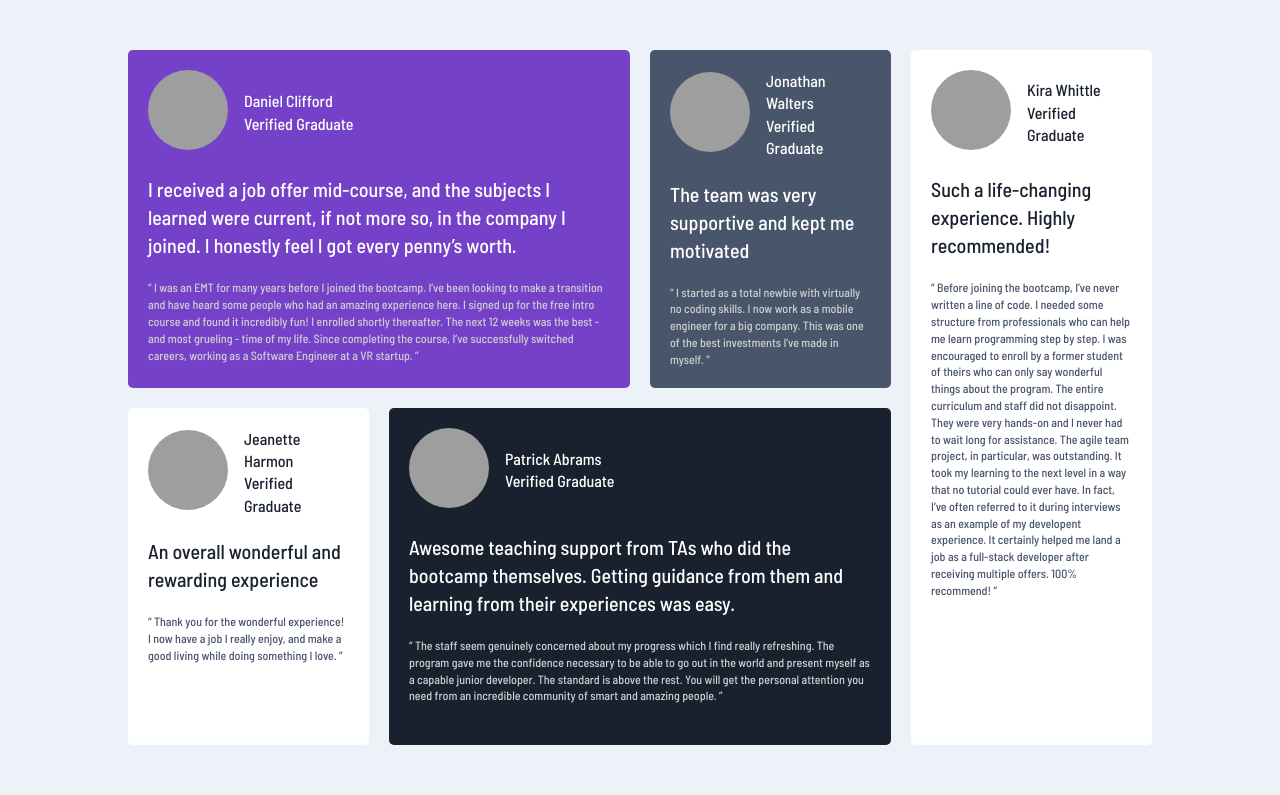
Repository: nptg3105/lab02-testimonials-grid
Page: index.html
The author's editor kept a copy of each file at every save. The page is drawn from the files as they stood at one save, then again after the next save.
The browser window is 1280 px wide. The pictures show the whole page.
Pictures or frames that could not be fetched are drawn as grey boxes. The style sheet was rebuilt from its Sass, Less or Tailwind sources for each picture, by a compiler version that may differ from the author's.

Above is the page before, as saved 2021-12-08 06:00:27.

### index.html
<!DOCTYPE html>
<html lang="en">
  <head>
    <meta charset="UTF-8" />
    <meta http-equiv="X-UA-Compatible" content="IE=edge" />
    <meta name="viewport" content="width=device-width, initial-scale=1.0" />
    <title>Lab02 - Testimonials</title>
    <link rel="stylesheet" href="style.css" />
    <link
      href="https://fonts.googleapis.com/css2?family=Barlow+Semi+Condensed:wght@400;500;700&display=swap"
      rel="stylesheet"
    />
  </head>
  <body>
    <div class="container">
      <div class="testimonials">
        <div class="testimonials__item testimonials__item--violet">
          <div class="author">
            <div class="author__avatar">
              <img
                src="https://images.unsplash.com/photo-1570295999919-56ceb5ecca61?ixlib=rb-1.2.1&ixid=MnwxMjA3fDB8MHxzZWFyY2h8OHx8bWFufGVufDB8fDB8fA%3D%3D&auto=format&fit=crop&w=500&q=60"
                alt=""
              />
            </div>
            <div class="author__name">
              Daniel Clifford <br />
              Verified Graduate
            </div>
          </div>
          <div class="testimonials__heading">
            I received a job offer mid-course, and the subjects I learned were
            current, if not more so, in the company I joined. I honestly feel I
            got every penny’s worth.
          </div>
          <div class="testimonials__desc">
            “ I was an EMT for many years before I joined the bootcamp. I’ve
            been looking to make a transition and have heard some people who had
            an amazing experience here. I signed up for the free intro course
            and found it incredibly fun! I enrolled shortly thereafter. The next
            12 weeks was the best - and most grueling - time of my life. Since
            completing the course, I’ve successfully switched careers, working
            as a Software Engineer at a VR startup. ”
          </div>
        </div>
        <div class="testimonials__item testimonials__item--grey">
          <div class="author">
            <div class="author__avatar">
              <img
                src="https://images.unsplash.com/photo-1570295999919-56ceb5ecca61?ixlib=rb-1.2.1&ixid=MnwxMjA3fDB8MHxzZWFyY2h8OHx8bWFufGVufDB8fDB8fA%3D%3D&auto=format&fit=crop&w=500&q=60"
                alt=""
              />
            </div>
            <div class="author__name">
              Jonathan Walters <br />
              Verified Graduate
            </div>
          </div>
          <div class="testimonials__heading">
            The team was very supportive and kept me motivated
          </div>
          <div class="testimonials__desc">
            “ I started as a total newbie with virtually no coding skills. I now
            work as a mobile engineer for a big company. This was one of the
            best investments I’ve made in myself. ”
          </div>
        </div>
        <div class="testimonials__item testimonials__item--tall">
          <div class="author">
            <div class="author__avatar">
              <img
                src="https://images.unsplash.com/photo-1570295999919-56ceb5ecca61?ixlib=rb-1.2.1&ixid=MnwxMjA3fDB8MHxzZWFyY2h8OHx8bWFufGVufDB8fDB8fA%3D%3D&auto=format&fit=crop&w=500&q=60"
                alt=""
              />
            </div>
            <div class="author__name author__name--black">
              Kira Whittle <br />
              Verified Graduate
            </div>
          </div>
          <div class="testimonials__heading testimonials__heading--black">
            Such a life-changing experience. Highly recommended!
          </div>
          <div class="testimonials__desc testimonials__desc--grey">
            “ Before joining the bootcamp, I’ve never written a line of code. I
            needed some structure from professionals who can help me learn
            programming step by step. I was encouraged to enroll by a former
            student of theirs who can only say wonderful things about the
            program. The entire curriculum and staff did not disappoint. They
            were very hands-on and I never had to wait long for assistance. The
            agile team project, in particular, was outstanding. It took my
            learning to the next level in a way that no tutorial could ever
            have. In fact, I’ve often referred to it during interviews as an
            example of my developent experience. It certainly helped me land a
            job as a full-stack developer after receiving multiple offers. 100%
            recommend! ”
          </div>
        </div>
        <div class="testimonials__item testimonials__item--white">
          <div class="author">
            <div class="author__avatar">
              <img
                src="https://images.unsplash.com/photo-1570295999919-56ceb5ecca61?ixlib=rb-1.2.1&ixid=MnwxMjA3fDB8MHxzZWFyY2h8OHx8bWFufGVufDB8fDB8fA%3D%3D&auto=format&fit=crop&w=500&q=60"
                alt=""
              />
            </div>
            <div class="author__name author__name--black">
              Jeanette Harmon <br />
              Verified Graduate
            </div>
          </div>
          <div class="testimonials__heading testimonials__heading--black">
            An overall wonderful and rewarding experience
          </div>
          <div class="testimonials__desc testimonials__desc--grey">
            “ Thank you for the wonderful experience! I now have a job I really
            enjoy, and make a good living while doing something I love. ”
          </div>
        </div>
        <div class="testimonials__item testimonials__item--black">
          <div class="author">
            <div class="author__avatar">
              <img
                src="https://images.unsplash.com/photo-1570295999919-56ceb5ecca61?ixlib=rb-1.2.1&ixid=MnwxMjA3fDB8MHxzZWFyY2h8OHx8bWFufGVufDB8fDB8fA%3D%3D&auto=format&fit=crop&w=500&q=60"
                alt=""
              />
            </div>
            <div class="author__name">
              Patrick Abrams <br />
              Verified Graduate
            </div>
          </div>
          <div class="testimonials__heading">
            Awesome teaching support from TAs who did the bootcamp themselves.
            Getting guidance from them and learning from their experiences was
            easy.
          </div>
          <div class="testimonials__desc">
            “ The staff seem genuinely concerned about my progress which I find
            really refreshing. The program gave me the confidence necessary to
            be able to go out in the world and present myself as a capable
            junior developer. The standard is above the rest. You will get the
            personal attention you need from an incredible community of smart
            and amazing people. ”
          </div>
        </div>
      </div>
    </div>
  </body>
</html>

### style.scss
$font-main:'Barlow Semi Condensed',
sans-serif;
$violet-color:#7541c8;
$grey-color: #48556a;
$light-grey-color: #cfcfcf;
$white-color: #fff;
$bg-color: #ecf2f8;
$black-color: #19212e;

* {
    box-sizing: border-box;
    margin: 0;
    padding: 0;
}

body {
    background-color: $bg-color;
    font-weight: 500;
    // letter-spacing: 2px;
    line-height: 1.4;

}

.container {
    max-width: 1024px;
    margin: 50px auto;

}

.testimonials {
    font-family: $font-main;
    display: grid;
    gap: 20px;
    grid-template-columns: repeat(4, 1fr);
    grid-template-rows: repeat(2, 1fr);
    grid-template-areas: "violet-area violet-area grey-area white-tall-area"
        "white-area black-area black-area white-tall-area";
    color: $white-color;

    &__item {
        border-radius: 5px;
        padding: 20px;

        &--violet {
            background-color: $violet-color;
            grid-area: violet-area;
        }

        &--grey {
            background-color: $grey-color;
            grid-area: grey-area;
        }

        &--tall {
            background-color: $white-color;
            grid-area: white-tall-area;

        }

        &--white {
            background-color: $white-color;
            grid-area: white-area;
        }

        &--black {
            background-color: $black-color;
            grid-area: black-area;
        }
    }

    &__heading {
        margin: 20px 0;
        font-size: 20px;
    }

    &__heading--black {
        color: $black-color;
    }

    &__desc {
        font-size: 12px;
        color: $light-grey-color;
    }

    &__desc--grey {
        color: $grey-color;
    }
}

.author {
    display: flex;
    align-items: center;

    &__name--black {
        color: $black-color;
    }

    &__avatar {
        margin-right: 16px;

        img {
            object-fit: cover;
            width: 80px;
            height: 80px;
            border-radius: 50%;

        }
    }

}

After the next save:
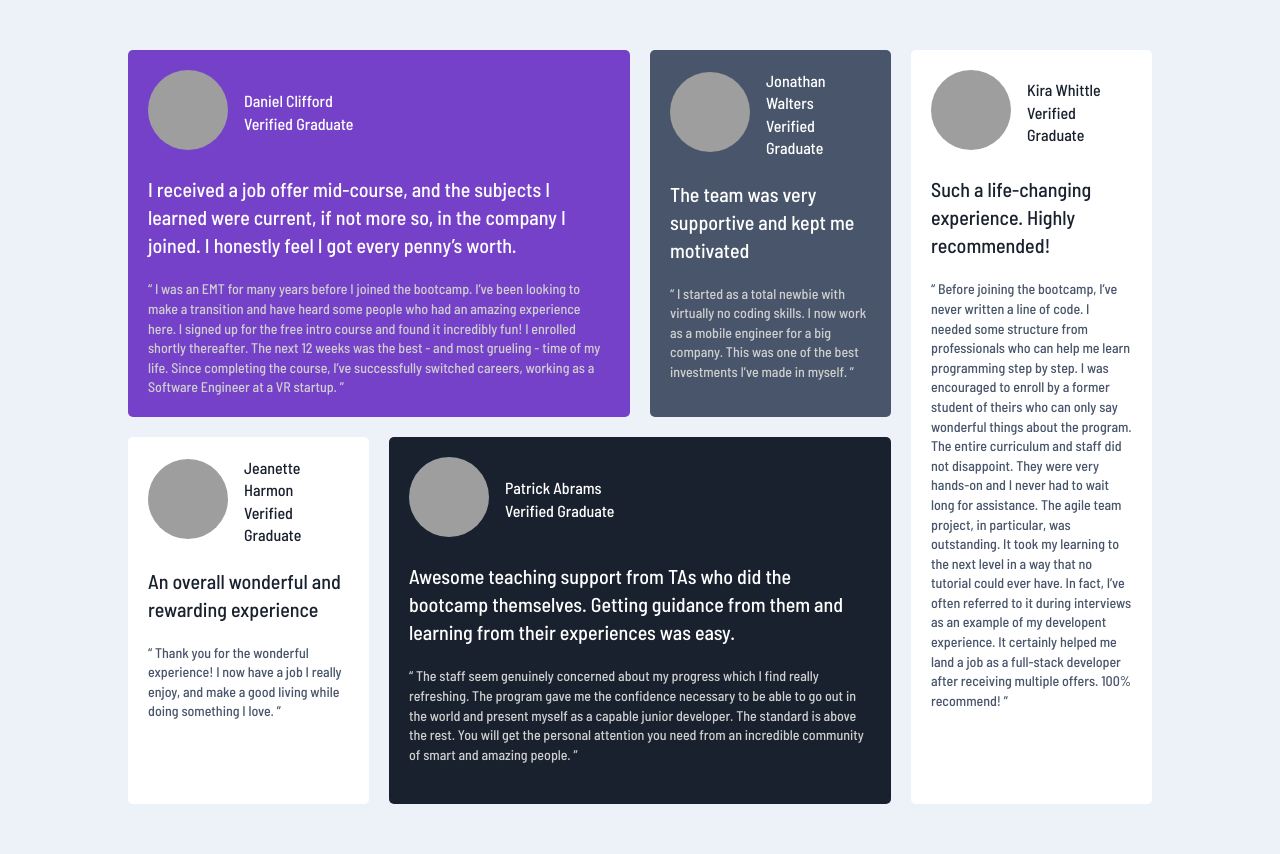
Saved 78 s later.
--- a/style.scss
+++ b/style.scss
@@ -78,7 +78,7 @@ body {
     }
 
     &__desc {
-        font-size: 12px;
+        font-size: 14px;
         color: $light-grey-color;
     }
 
